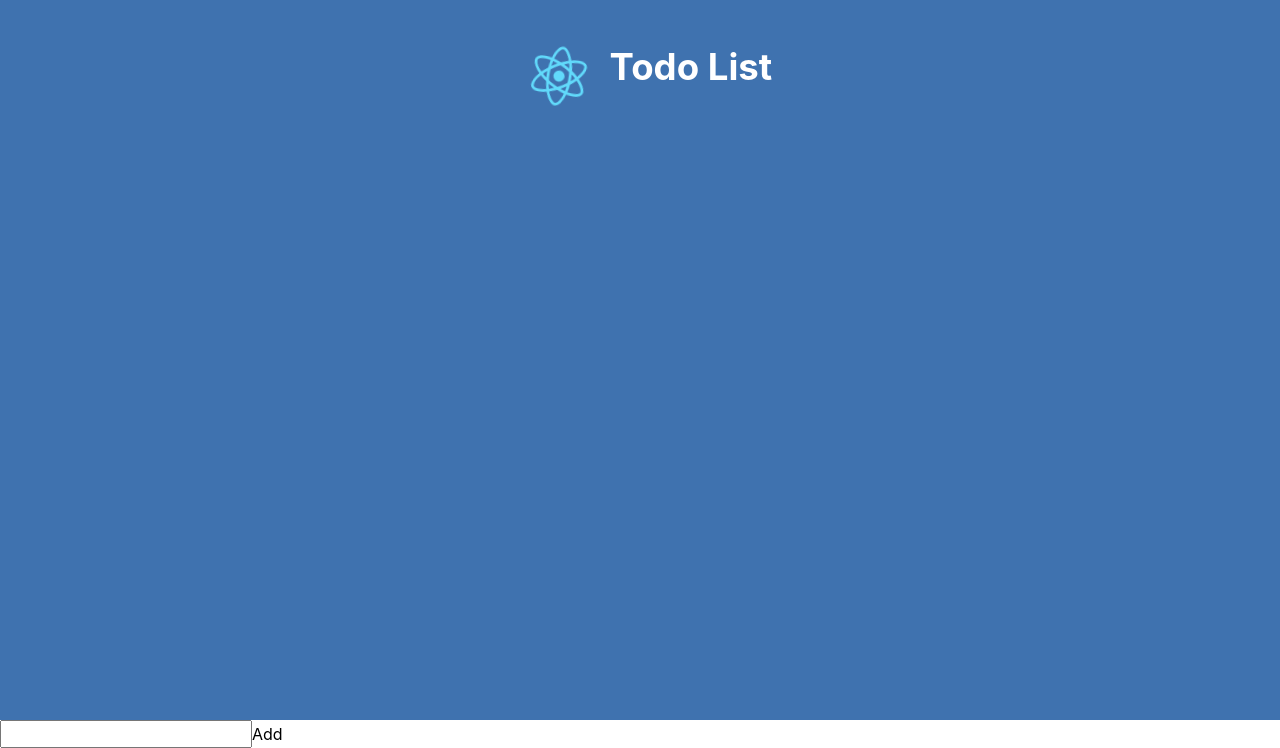
Repository: nguyennam1029/Reactjs-Hoi-Dan-It-1
Page: /
The author's editor kept a copy of each file at every save. The page is drawn from the files as they stood at one save, then again after the next save.
The browser window is 1280 px wide. The pictures show the whole page.
The project was rebuilt for these pictures with package versions that can differ from the ones it lists, and the page was loaded fresh each time.

Above is the page before, as saved 2022-06-16 00:57:56.

After the next save:
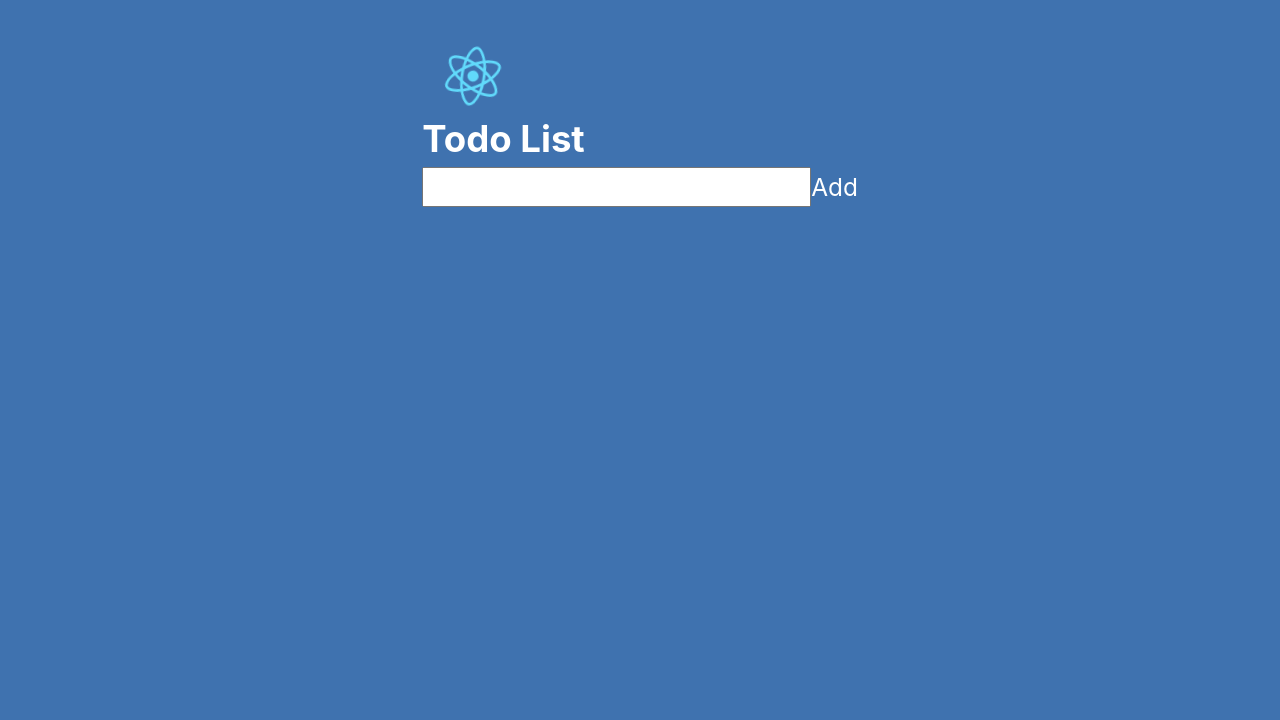
Saved 74 s later.
--- a/src/views/App.js
+++ b/src/views/App.js
@@ -7,12 +7,14 @@
     <div className="App">
       <header className="App-header">
         {/* <MyComponent> </MyComponent> */}
-        <img src={logo} className="App-logo" alt="logo" />
-        <h2 className='header-title'>Todo List</h2>
+        <div className='wrapper'>
+          <img src={logo} className="App-logo" alt="logo" />
+          <h2 className='header-title'>Todo List</h2>
+          <TodoForm />
+        </div>
       </header>
       <body>
         {/* FORM-TODO */}
-        <TodoForm />
       </body>
     </div>
   );
